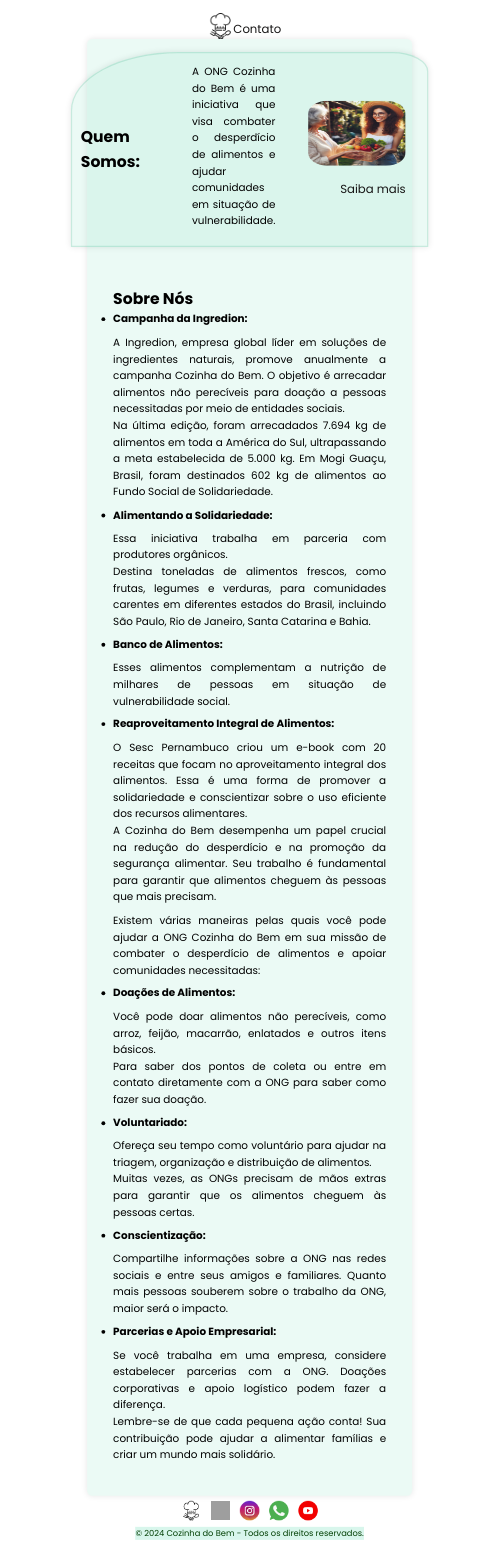
Repository: Thalia-Nataly/Cozinha-do-Bem-Proz
Page: sobre.html
These files come from the project's save history. The page is drawn as it stood at one moment and after the next save; the edit follows.
The browser window is 768 px wide. The pictures show the whole page, at 65% of full size.
Pictures or frames that could not be fetched are drawn as grey boxes.

Above is the page before, as saved 2024-08-26 15:32:17.
Console error: TypeError: Cannot read properties of null (reading 'querySelectorAll')

After the next save:
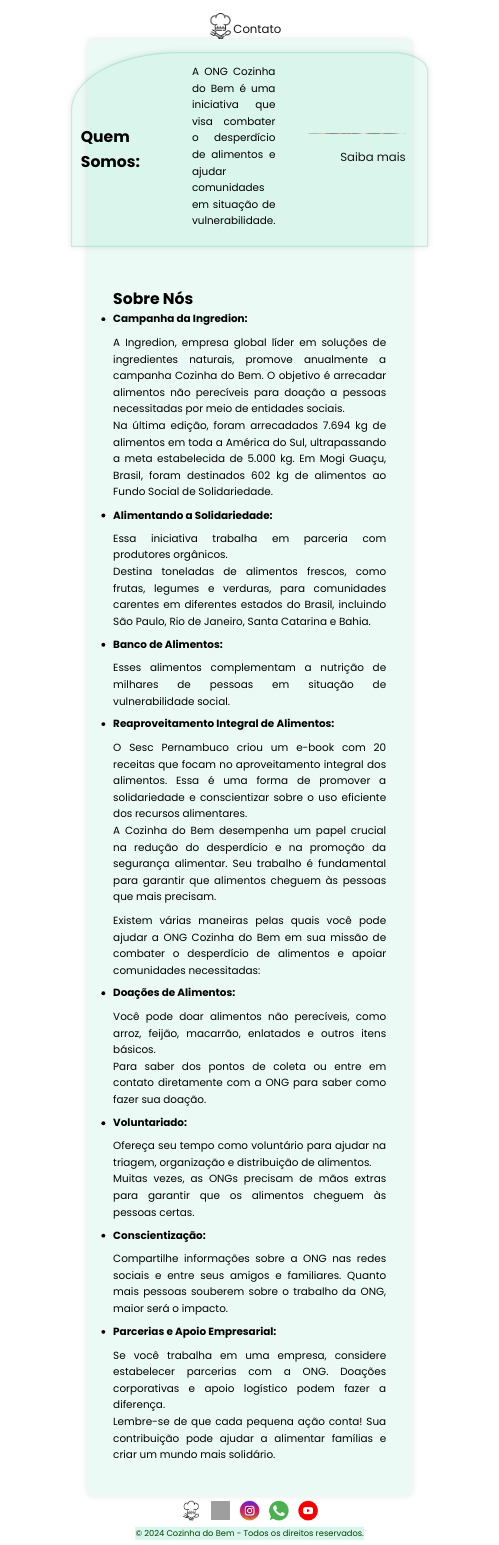
Saved 4 s later.
--- a/css/responsive.css
+++ b/css/responsive.css
@@ -35,7 +35,7 @@
 @media screen and (max-width: 900px) {
     .box-img img {
         width: 150px;
-        height: 100px;
+        height: 1px;
     }
 
     .box-conteiners {
